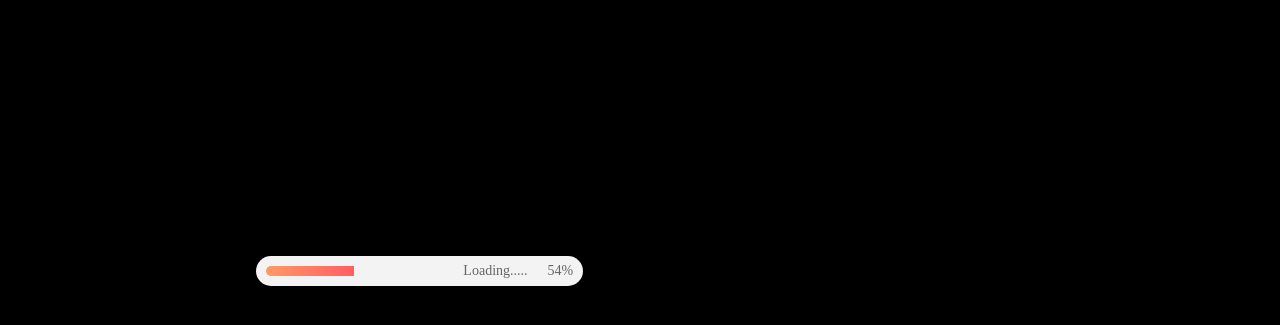
Repository: sriram1224/Loading_bar
Page: /
The author's editor kept a copy of each file at every save. The page is drawn from the files as they stood at one save, then again after the next save.
The browser window is 1280 px wide. The pictures show the whole page.
The project was rebuilt for these pictures with package versions that can differ from the ones it lists, and the page was loaded fresh each time. Also part of the build but not shown: src/App.css.

Above is the page before, as saved 2024-04-22 04:39:35.

After the next save:
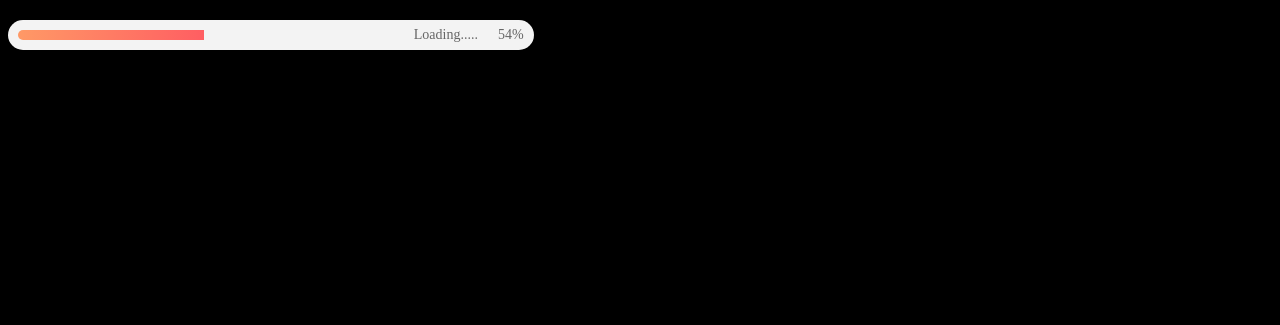
Saved 18 s later.
--- a/src/index.css
+++ b/src/index.css
@@ -1,7 +1,7 @@
 body{
 
   background-color:black;
-  margin: 20%;
+
 }
 .progress-bar-container {
   width: 40%;
